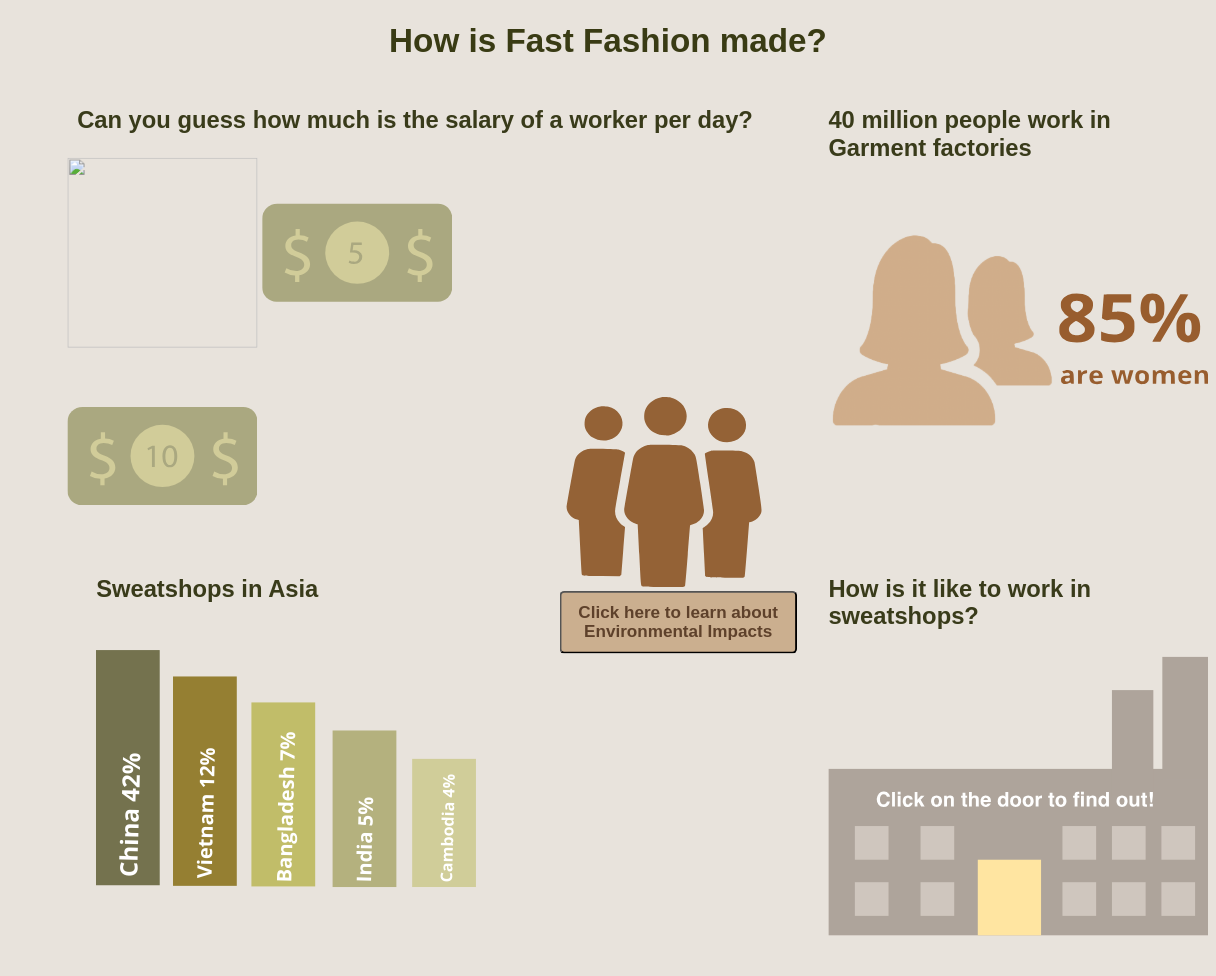
Repository: DevOfHockey/mdia-2190-midterm
Page: fashionlabor.html
An editor plug-in stored every save of this project. The page is shown before and after the next save, followed by the edit.
The browser window is 1280 px wide. The pictures show the whole page, at 95% of full size.

Above is the page before, as saved 2022-03-07 18:57:45.

### fashionlabor.html
<!DOCTYPE html>
<html>
  <head>
    <title>Fashion Labor</title>
    <script src="comps/header.js"></script>
    <script src="comps/subheading.js"></script>
    <script src="comps/infobox.js"></script>
    <script src="comps/salarybox.js"></script>
    <link rel="stylesheet" href="fashionlabor.css">
  </head>
<!-- Header -->
  <body>
  <div class="main"></div>
    <div class="Headings">
      <the-header
        name="Sample Header">
      </the-header>
      <the-subheading
        name="Sample Sub-heading">
      </the-subheading>
    </div>

<!-- Images with Info-->
    <div id="info">
      <div class="salary">
        <p>Can you guess how much is the salary of a worker per day?</p>
        <the-salary></the-salary>
      </div>

      <div class="asia">
        <the-info
          name="40 million people work in Garment factories"
          img="/imgs/women.svg">
        </the-info>
      </div>

      <div class="environment">
        <img src="/imgs/human.svg" class="human" width="220" height="200">
        <button>Click here to learn about Environmental Impacts</button>
      </div>

      <div class="people">
        <the-info
          name="Sweatshops in Asia">
        </the-info>
      </div>

      <div class="sweatshops">
        <the-info
          name="How is it like to work in sweatshops?"
          img="/imgs/sweatshop.svg">
        </the-info>
      </div>
    </div>
  </div>

  </body>
</html>

### comps/header.js
var template_header = document.createElement("template"); //<template> </template> RULE

//To-do - CREATE THE UI HERE!
template_header.innerHTML = `
<div class = "header">
<h1> How is Fast Fashion made? </h1>
</div>
<style>
h1 {
    color: #393b14;
    font-size: 35px;
}
</style>
`;

//MUST HAVE - CREATE A CLASS WITH HTMLELEMENT POWERS (interfaces/functionalities)
class TheHeader extends HTMLElement {

    //MUST HAVE - CREATE A CONSTRUCTOR TO DO INITAL ASSOCIATIONS
    constructor(){
        super(); //pass on the HTMLElement super powers!
        this.attachShadow({mode:"open"}) //Attach it to the shadowRoot

        //To-do - CREATE THE STATES FOR THE UI HERE!
    }

    //MUST HAVE - FUNCTION THAT RUNS AFTER IT'S CONNECTED
    connectedCallback(){
        this.shadowRoot.appendChild(template_header.content.cloneNode(true)); //use the template to make a clone
    }

    //To-do - CREATE THE FUNCTIONALITIES HERE!
}

//MUST HAVE - define the tag for the custom elements
customElements.define("the-header", TheHeader)

### comps/infobox.js
//MUST HAVE - CREATE A TEMPLATE TAG
var template_info = document.createElement("template"); //<template> </template> RULE

//To-do - CREATE THE UI HERE!
template_info.innerHTML = `
<div id = "info_cont">
<h3>Info Title<h3>
<img id='image' src='/imgs/sweatshopsgraph.svg' />
</div>

<style>
h3 {
    font-size: 25px;
    font-weight: bold;
    color: #393B1A;
    text-align: left;
    margin-left: 30px;
}

#image {
    width: 400px;
    height: 300px;
}
`;

//MUST HAVE - CREATE A CLASS WITH HTMLELEMENT POWERS (interfaces/functionalities)
class TheInfo extends HTMLElement {

    //MUST HAVE - CREATE A CONSTRUCTOR TO DO INITAL ASSOCIATIONS
    constructor(){
        super(); //pass on the HTMLElement super powers!
        this.attachShadow({mode:"open"}) //Attach it to the shadowRoot

        //To-do - CREATE THE STATES FOR THE UI HERE!
    }

    //MUST HAVE - FUNCTION THAT RUNS AFTER IT'S CONNECTED
    connectedCallback(){
        this.shadowRoot.appendChild(template_info.content.cloneNode(true)); //use the template to make a clone
        //console.log(this.getAttribute("name"))
        if(this.getAttribute("name")){
        this.shadowRoot.querySelector("#info_cont > h3").innerText = this.getAttribute("name");
        }
        if(this.getAttribute("img")){
        this.shadowRoot.querySelector("img").src = this.getAttribute("img");
        }
    }

    //To-do - CREATE THE FUNCTIONALITIES HERE!
}

//MUST HAVE - define the tag for the custom elements
customElements.define("the-info", TheInfo)

### comps/salarybox.js
//MUST HAVE - CREATE A TEMPLATE TAG
var template_salary = document.createElement("template"); //<template> </template> RULE

//To-do - CREATE THE UI HERE!
template_salary.innerHTML = `
<style>
img {
    width: 200px;
    height: 200px;
}

img:nth-child(3) {
    display: block;
    margin-top: 10px;

</style>

<div class="salarybox">
    <img src="/imgs/2dollar.svg">
    <img src="/imgs/5dollar.svg">
    <img src="/imgs/10dollar.svg">
</div>
`;

//MUST HAVE - CREATE A CLASS WITH HTMLELEMENT POWERS (interfaces/functionalities)
class TheSalary extends HTMLElement {

    //MUST HAVE - CREATE A CONSTRUCTOR TO DO INITAL ASSOCIATIONS
    constructor(){
        super(); //pass on the HTMLElement super powers!
        this.attachShadow({mode:"open"}) //Attach it to the shadowRoot

        //To-do - CREATE THE STATES FOR THE UI HERE!
    }

    //MUST HAVE - FUNCTION THAT RUNS AFTER IT'S CONNECTED
    connectedCallback(){
        this.shadowRoot.appendChild(template_salary.content.cloneNode(true)); //use the template to make a clone
    }

    //To-do - CREATE THE FUNCTIONALITIES HERE!
}

//MUST HAVE - define the tag for the custom elements
customElements.define("the-salary", TheSalary)

### fashionlabor.css
body {
    background-color: #e8e3dc;
    font-family: Arial, Helvetica, sans-serif;
}
.Headings {
    text-align: center;
    font-family: Arial, Helvetica, sans-serif;
}
#info {
    display: grid;
    grid-template-columns: 2fr 1fr;
    margin-left: 5%;
}
button {
    display:flex;
    align-self: center;
    background-color: #CBAF8F;
    color: #5E412B;
    text-align: center;
    padding: 10px;
    text-decoration: none;
    font-family: Arial, Helvetica, sans-serif;
    font-size: 18px;
    font-weight: bold;
    border-radius: 5px;
    width: 250px;
}
.environment {
    align-self: center;
    position: absolute;
    left: 46%;
}
p {
    font-size: 25px;
    font-weight: bold;
    color: #393B1A;
    text-align: left;
    margin-left: 10px;
}

### imgs/2dollar.svg
<svg id="Layer_2" data-name="Layer 2" xmlns="http://www.w3.org/2001/svg" viewBox="0 0 141.25 78.75"><defs><style>.cls-1,.cls-4{fill:#aaa880;}.cls-2,.cls-3{fill:#d0cd99;}.cls-3{font-size:48px;}.cls-3,.cls-4{font-family:OpenSans, Open Sans;}.cls-4{font-size:25.95px;}</style></defs><rect class="cls-1" width="141.25" height="78.75" rx="7.38"/><ellipse class="cls-2" cx="71.86" cy="40.05" rx="24.28" ry="23.6"/><text class="cls-3" transform="translate(12.5 57.56)">$</text><text class="cls-3" transform="translate(102.29 58.12)">$</text><text class="cls-4" transform="translate(63.89 49.4) scale(1.1 1)">2</text></svg>

Loaded but not shown: comps/subheading.js (no copy from this time; the picture is the same without it)

After the next save:
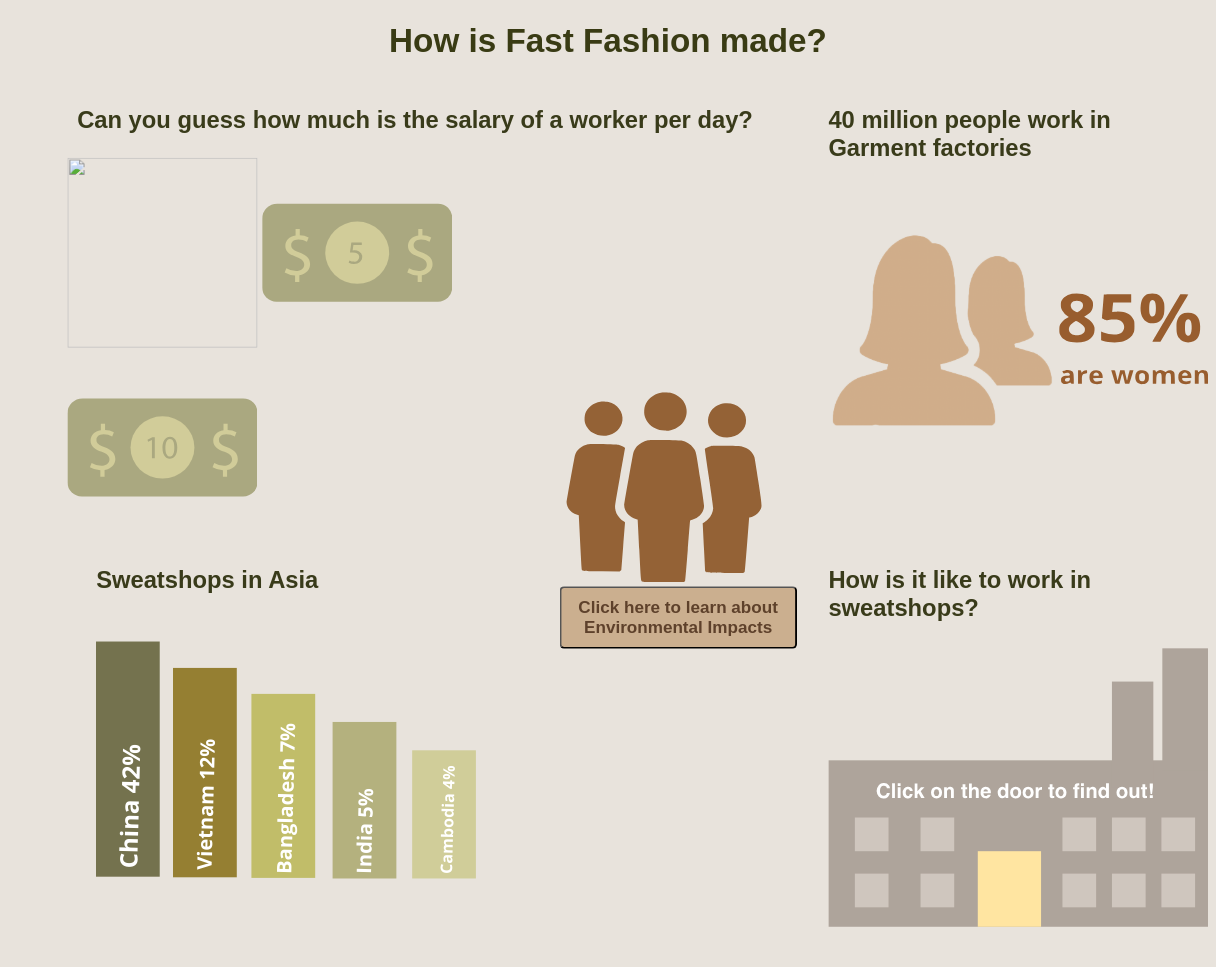
Saved 5 s later.
--- a/comps/salarybox.js
+++ b/comps/salarybox.js
@@ -11,7 +11,7 @@ img {
 
 img:nth-child(3) {
     display: block;
-    margin-top: 10px;
+    margin-top: 1px;
 
 </style>
 
